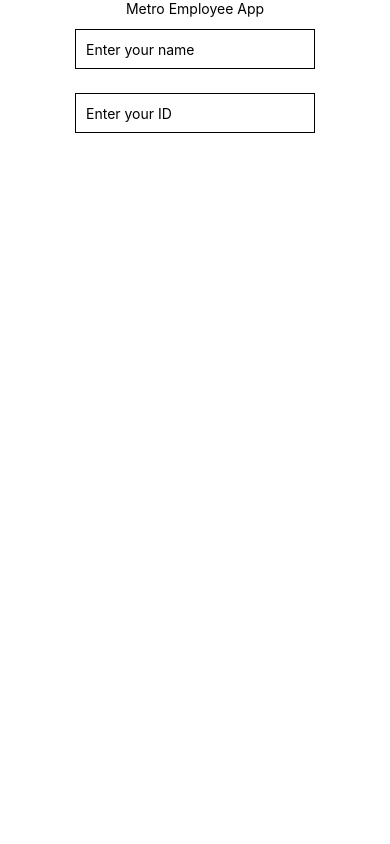
Repository: VishnuJG/Metro-Employee-App
Screen: /
An editor plug-in stored every save of this project. The screen is shown before and after the next save, followed by the edit.
The app was drawn by React Native's web renderer in a window 390 px wide. The project was rebuilt for these pictures with package versions that can differ from the ones it lists, and the page was loaded fresh each time. Some packages were replaced by stand-ins written for this rebuild.

Above is the screen before, as saved 2022-06-28 12:37:07.

### App.js
import { StatusBar } from 'expo-status-bar';
import React, { useState } from "react";
import { StyleSheet, Text, View, TextInput} from 'react-native';
import { useDimensions } from '@react-native-community/hooks';


export default function App() {

  // const {lanscape}=useDimensions();
  const [emp, onEmpUpdate] = useState([{ id: 0, name: " Vishnu J G" }]);
  const [name, onChangeName] = useState("");
  const [number, onChangeNumber] = useState(null);
  return (
    <View style={styles.container}>
      <Text>Metro Employee App</Text>
      <TextInput
        style={styles.input}
        onChangeText={onChangeName}
        placeholder="Enter your name"
        value={name}
      />
      <View style={styles.inputForm}>
        {/* <Text>Enter ID</Text> */}
        <TextInput
          style={styles.input}
          onChangeText={onChangeNumber}
          value={number}
          placeholder="Enter your ID"
          keyboardType="numeric"
        />
      </View>
    </View>
  );
}

const styles = StyleSheet.create({
  container: {
    flex: 1,
    backgroundColor: '#fff',
    alignItems: 'center',
    justifyContent: 'center',
    // topPadding:lanscape?20:0,
  },
  input: {
    height: 40,
    margin: 12,
    borderWidth: 1,
    padding: 10,
  },
  inputForm:{
    flex : 1,
    flexDirection: 'row',
  }
});

After the next save:
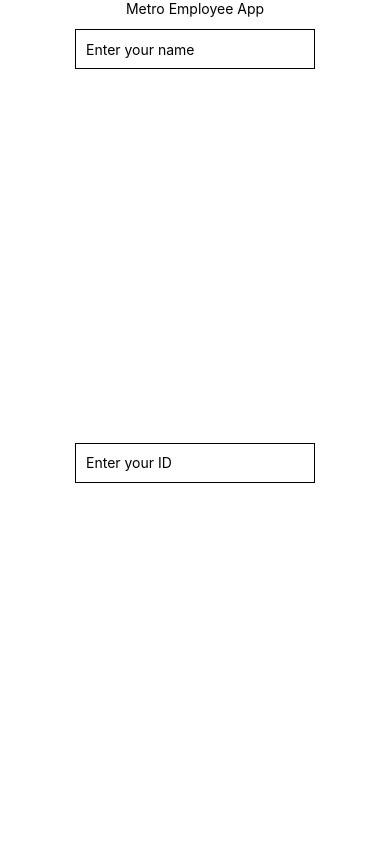
Saved 33 s later.
--- a/App.js
+++ b/App.js
@@ -50,5 +50,7 @@ const styles = StyleSheet.create({
   inputForm:{
     flex : 1,
     flexDirection: 'row',
+    alignItems: 'center',
+    justifyContent: 'center',
   }
 });
